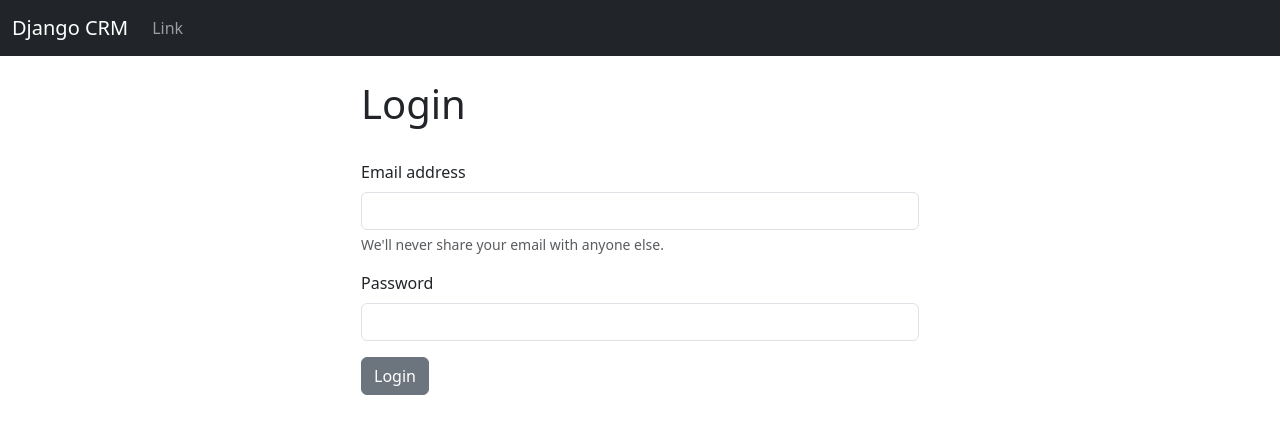
Repository: huutamcode/Thunghiem-CRM
Page: dcrm/website/templates/home.html
An editor plug-in stored every save of this project. The page is shown before and after the next save, followed by the edit.
The browser window is 1280 px wide. The pictures show the whole page.
The template is drawn by Django 4.2. The application's start-up code is not run. Other server files are loaded and not shown. The template is opened directly, without the code that normally fills it, so the values that code supplies are empty.

Above is the page before, as saved 2023-11-13 15:19:02.

### dcrm/website/templates/home.html
{% extends 'base.html' %}

{% block content %}

<div class="col-md-6 offset-md-3">

<h1>Login</h1>
<br/>

<form method="POST" action="{% url 'home' %}">
    {% csrf_token %}
    <form>
        <div class="mb-3">
            <label for="exampleInputEmail1" class="form-label">Email address</label>
            <input type="email" class="form-control" id="exampleInputEmail1" aria-describedby="emailHelp">
            <div id="emailHelp" class="form-text">We'll never share your email with anyone else.</div>
        </div>
        <div class="mb-3">
            <label for="exampleInputPassword1" class="form-label">Password</label>
            <input type="password" class="form-control" id="exampleInputPassword1">
        </div>


        <button type="submit" class="btn btn-secondary">Login</button>
    </form>

</form>

</div>

{% endblock %}

### dcrm/website/templates/base.html
<!doctype html>
<html lang="en">
<head>
    <meta charset="utf-8">
    <meta name="viewport" content="width=device-width, initial-scale=1">
    <title>Django CRM</title>
    <link href="https://cdn.jsdelivr.net/npm/bootstrap@5.3.2/dist/css/bootstrap.min.css"
    rel="stylesheet" integrity="sha384-T3c6CoIi6uLrA9TneNEoa7RxnatzjcDSCmG1MXxSR1GAsXEV/Dwwykc2MPK8M2HN"
    crossorigin="anonymous">
</head>
<body>
    {% include 'navbar.html' %}
    <div class="container">
        <br/>
        {% block content %}

        {% endblock %}
    </div>

    <script src="https://cdn.jsdelivr.net/npm/bootstrap@5.3.2/dist/js/bootstrap.bundle.min.js"
    integrity="sha384-C6RzsynM9kWDrMNeT87bh95OGNyZPhcTNXj1NW7RuBCsyN/o0jlpcV8Qyq46cDfL"
    crossorigin="anonymous"></script>
</body>
</html>

### dcrm/website/templates/navbar.html
<nav class="navbar navbar-expand-lg navbar-dark bg-dark">
    <div class="container-fluid">
        <a class="navbar-brand" href="{% url 'home' %}">Django CRM</a>
        <button class="navbar-toggler" type="button" data-bs-toggle="collapse" data-bs-target="#navbarSupportedContent" aria-controls="navbarSupportedContent" aria-expanded="false" aria-label="Toggle navigation">
            <span class="navbar-toggler-icon"></span>
        </button>
        <div class="collapse navbar-collapse" id="navbarSupportedContent">
            <ul class="navbar-nav me-auto mb-2 mb-lg-0">
                <!--<li class="nav-item">
                    <a class="nav-link active" aria-current="page" href="#">Home</a>
                </li> -->
                <li class="nav-item">
                    <a class="nav-link" href="#">Link</a>
                </li>


            </ul>

        </div>
    </div>
</nav>

After the next save:
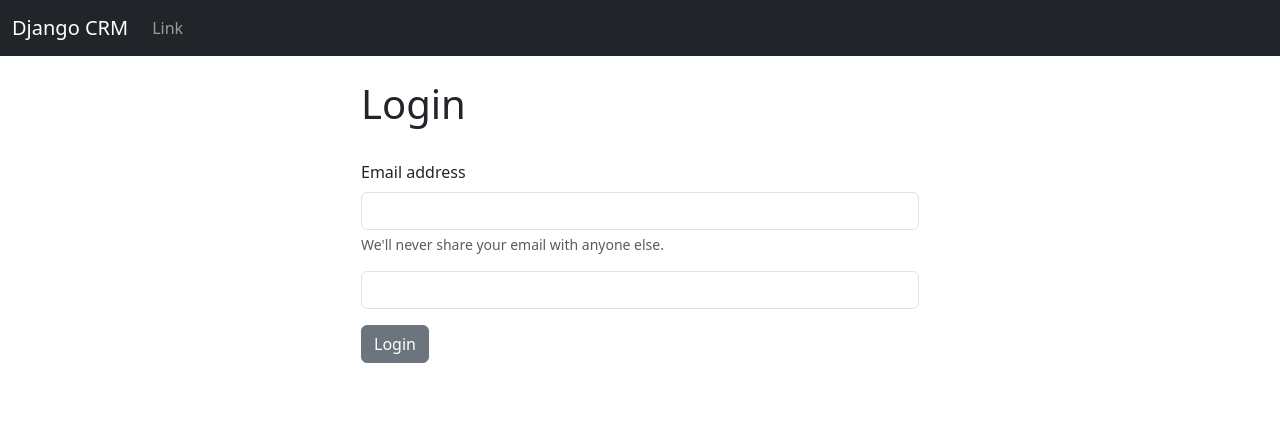
Saved 36 min 59 s later.
--- a/dcrm/website/templates/home.html
+++ b/dcrm/website/templates/home.html
@@ -16,7 +16,7 @@
             <div id="emailHelp" class="form-text">We'll never share your email with anyone else.</div>
         </div>
         <div class="mb-3">
-            <label for="exampleInputPassword1" class="form-label">Password</label>
+
             <input type="password" class="form-control" id="exampleInputPassword1">
         </div>
 
